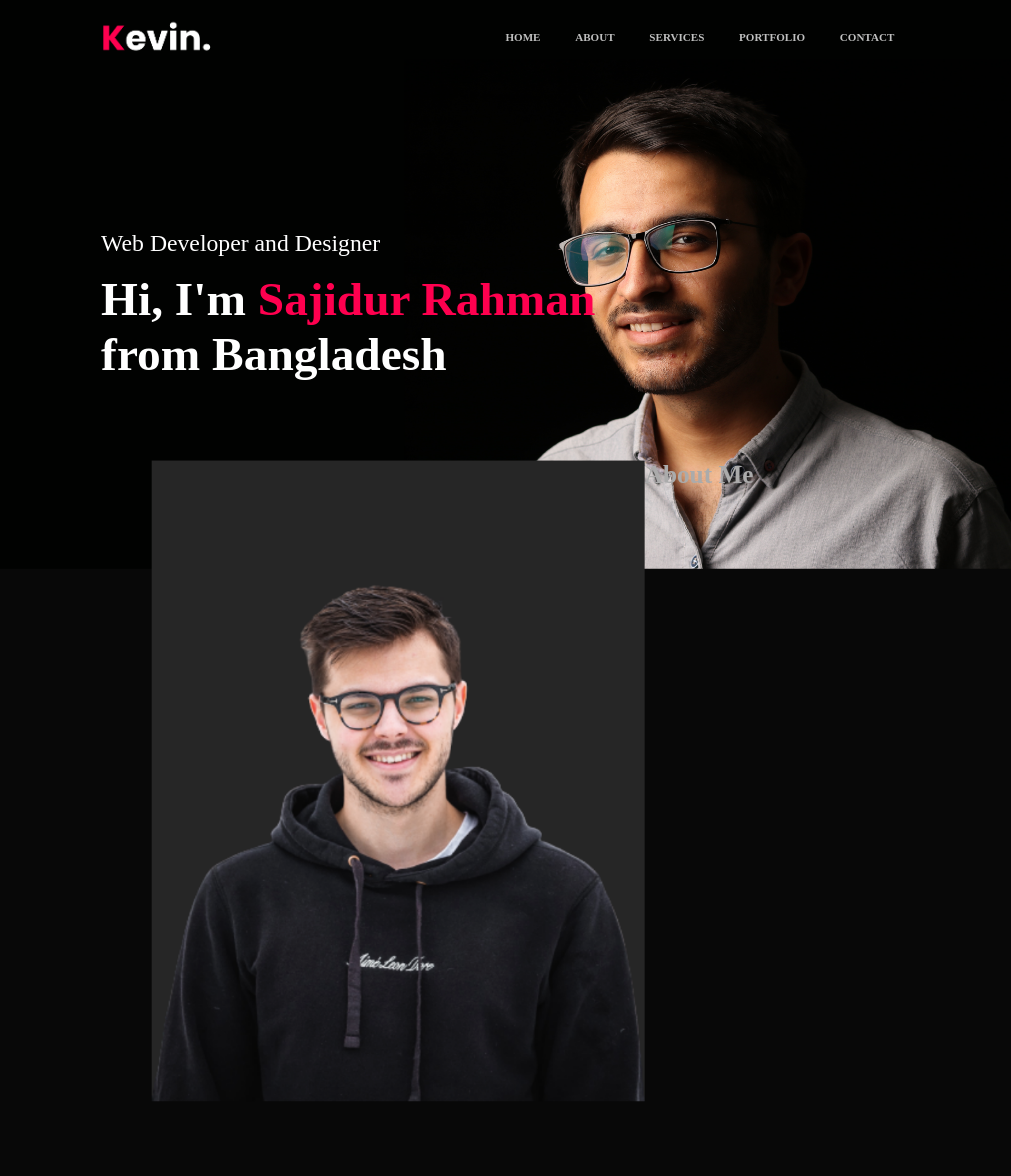
Repository: devsajid/Portfolio-website-with-HTML-CSS-JS
Page: index.html
An editor plug-in stored every save of this project. The page is shown before and after a run of saves, followed by the edit.
The browser window is 1280 px wide. The pictures show the whole page, at 79% of full size.

Above is the page before, as saved 2022-12-11 05:07:34.

After the next 4 saves:
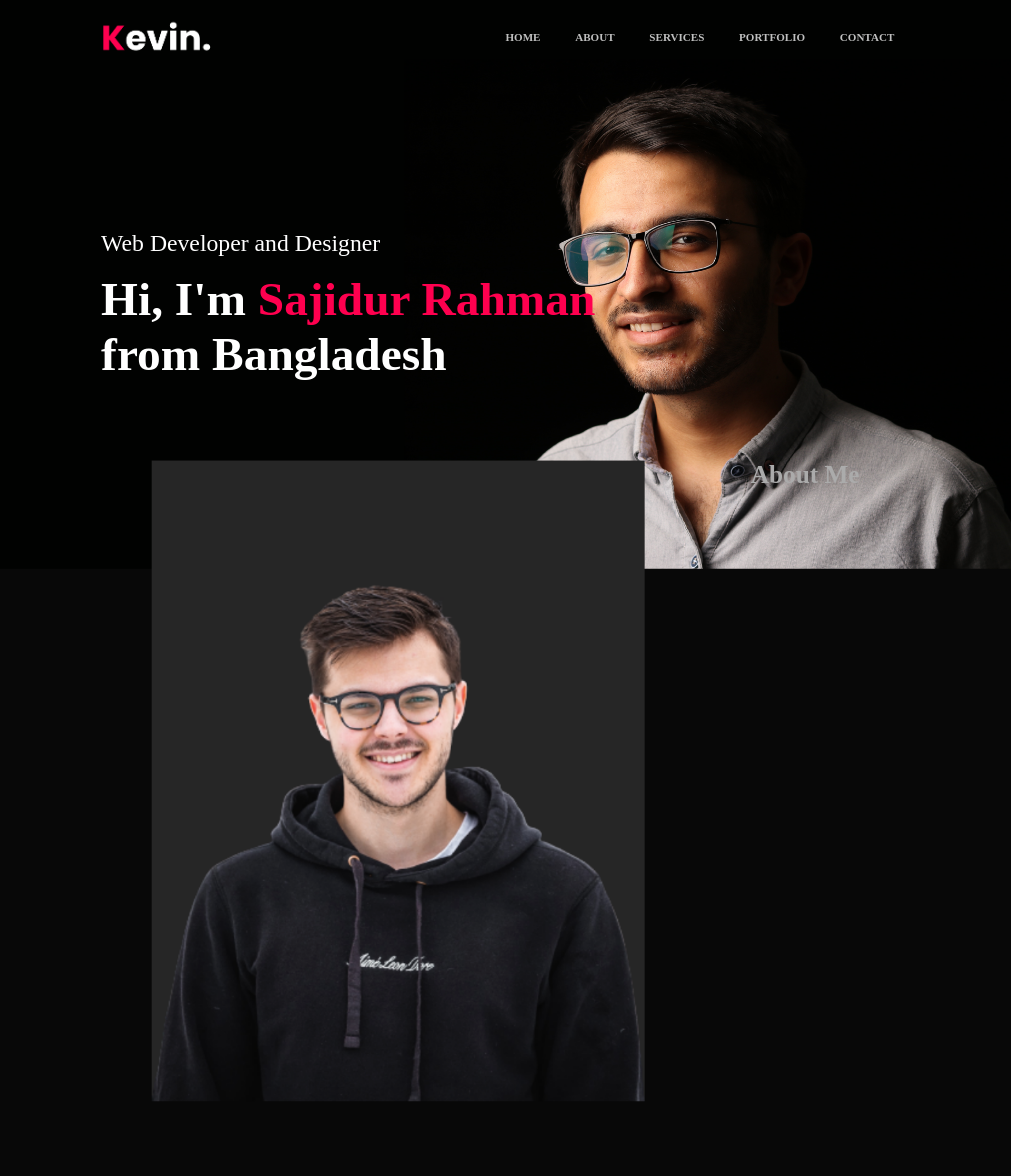
The 4 saves are shown as one change because they came seconds apart.
The last was saved 3 min 50 s later.
--- a/style.css
+++ b/style.css
@@ -83,6 +83,6 @@ nav ul li {
 }
 .row {
   display: flex;
-  justify: space-between;
+  justify-content: space-between;
   flex-wrap: wrap;
 }
